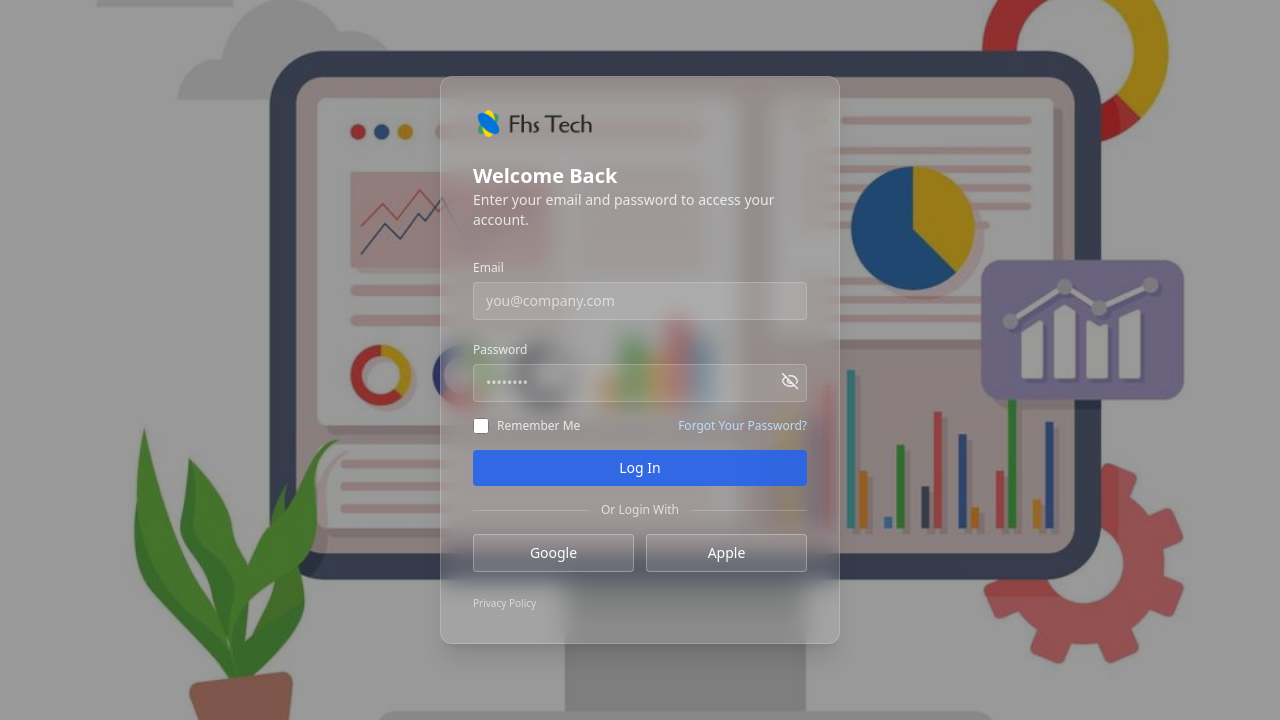
Repository: gofaiz23-dotcom/fhs_tech_frontend
Page: /login
The author's editor kept a copy of each file at every save. The page is drawn from the files as they stood at one save, then again after the next save.
The browser window is 1280 px wide. The pictures show the whole page.
The project was rebuilt for these pictures with package versions that can differ from the ones it lists, and the page was loaded fresh each time. The framework's server and built-in components were replaced by stand-ins that run in the browser. Also part of the build but not shown: next.config.ts.

Above is the page before, as saved 2025-10-01 23:34:37.

### app/layout.tsx
import type { Metadata } from "next";
import { Geist, Geist_Mono } from "next/font/google";
import "./globals.css";
// import '../styles/globals.css';

const geistSans = Geist({
  variable: "--font-geist-sans",
  subsets: ["latin"],
});

const geistMono = Geist_Mono({
  variable: "--font-geist-mono",
  subsets: ["latin"],
});

export const metadata: Metadata = {
  title: "FHS TECH",
  description: "",
};

export default function RootLayout({
  children,
}: Readonly<{
  children: React.ReactNode;
}>) {
  return (
    <html lang="en">
      <body>
        <div>
          {children}
        </div>
      </body>
    </html>
  );
}

### app/login/page.tsx
"use client";
import Image from "next/image";
import Link from "next/link";
import React from "react";
import { Eye, EyeOff } from "lucide-react";

export default function LoginPage() {
  const [email, setEmail] = React.useState("");
  const [password, setPassword] = React.useState("");
  const [remember, setRemember] = React.useState(false);
  const [showPassword, setShowPassword] = React.useState(false);

  const handleSubmit = (e: React.FormEvent) => {
    e.preventDefault();
    // TODO: Integrate authentication API here
  };

  return (
    <div
      className="min-h-screen bg-cover bg-center flex items-center justify-center relative"
      style={{ backgroundImage: "url('/login-bg.jpg')" }}
    >
      <div className="absolute inset-0 bg-black/40" />
      <div className="relative w-full max-w-md mx-auto p-6">
        <div className="backdrop-blur-md bg-white/10 border border-white/20 rounded-xl shadow-xl p-8">
          <div className="flex items-center gap-3 mb-6">
            <Image src="/fhs-tech-logo.png" alt="FHS Tech" width={120} height={120} />
          </div>
            <div className="text-xl font-semibold text-white">Welcome Back</div>
          <div className="text-sm text-white/80 mb-6">Enter your email and password to access your account.</div>
          <form onSubmit={handleSubmit} className="space-y-4">
            <div>
              <label className="text-xs text-white/80">Email</label>
              <input type="email" value={email} onChange={(e)=>setEmail(e.target.value)} className="mt-1 w-full border border-white/20 bg-white/10 text-white placeholder-white/60 rounded px-3 py-2 text-sm focus:outline-none" placeholder="you@company.com" required />
            </div>
            <div>
              <label className="text-xs text-white/80">Password</label>
              <div className="relative">
                <input type={showPassword ? 'text' : 'password'} value={password} onChange={(e)=>setPassword(e.target.value)} className="mt-1 w-full border border-white/20 bg-white/10 text-white placeholder-white/60 rounded px-3 py-2 pr-10 text-sm focus:outline-none" placeholder="••••••••" required />
                <button type="button" aria-label="toggle password" className="absolute right-2 top-1/2 -translate-y-1/2 text-white/80" onClick={()=>setShowPassword(!showPassword)}>
                  {showPassword ?   <Eye size={18} /> : <EyeOff size={18} />}
                </button>
              </div>
            </div>
            <div className="flex items-center justify-between text-xs">
              <label className="flex items-center gap-2 text-white/80">
                <input type="checkbox" className="h-4 w-4" checked={remember} onChange={(e)=>setRemember(e.target.checked)} />
                <span>Remember Me</span>
              </label>
              <Link href="#" className="text-blue-200 hover:underline">Forgot Your Password?</Link>
            </div>
            <button type="submit" className="w-full bg-blue-600/90 hover:bg-blue-700 text-white py-2 rounded text-sm">Log In</button>
          </form>
          <div className="flex items-center my-4">
            <div className="flex-1 h-px bg-white/20"></div>
            <div className="px-3 text-xs text-white/70">Or Login With</div>
            <div className="flex-1 h-px bg-white/20"></div>
          </div>
          <div className="grid grid-cols-2 gap-3">
            <button className="border border-white/30 bg-white/10 text-white rounded py-2 text-sm">Google</button>
            <button className="border border-white/30 bg-white/10 text-white rounded py-2 text-sm">Apple</button>
          </div>
          {/* <div className="text-xs text-white/80 mt-6">
            Don&apos;t Have An Account? <Link href="#" className="text-blue-200 hover:underline">Register Now.</Link>
          </div> */}
          <div className="text-[10px] text-white/60 mt-6">Privacy Policy</div>
        </div>
      </div>
    </div>
  );
}

### app/globals.css
@tailwind base;
@tailwind components;
@tailwind utilities;



body{
   padding: 0px;
  margin: 0px;
  /* background-color: #000; */
}

### tailwind.config.js
/** @type {import('tailwindcss').Config} */
module.exports = {
 content: [
    './pages/**/*.{js,ts,jsx,tsx}',
    './components/**/*.{js,ts,jsx,tsx}',
    './app/**/*.{js,ts,jsx,tsx}', // if using app directory
  ],
  theme: {
    extend: {},
  },
  plugins: [],
}

After the next save:
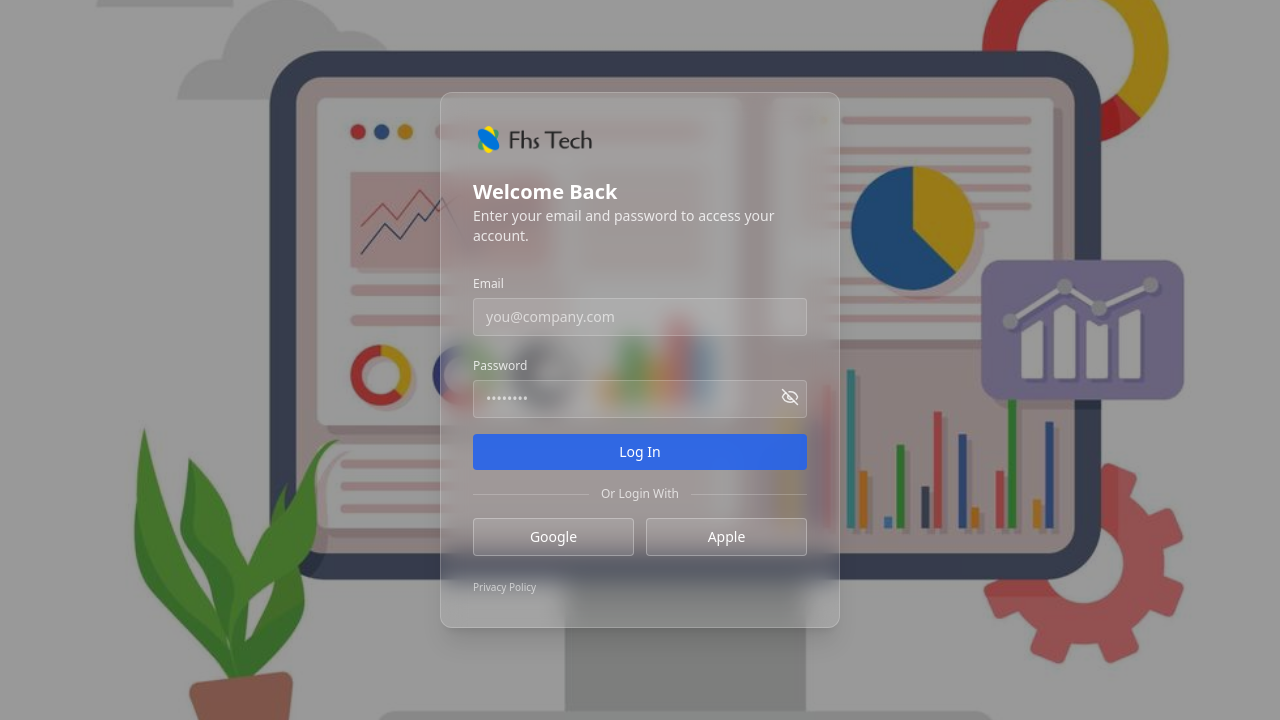
Saved 10 min 39 s later.
--- a/app/login/page.tsx
+++ b/app/login/page.tsx
@@ -42,13 +42,13 @@ export default function LoginPage() {
                 </button>
               </div>
             </div>
-            <div className="flex items-center justify-between text-xs">
+            {/* <div className="flex items-center justify-between text-xs">
               <label className="flex items-center gap-2 text-white/80">
                 <input type="checkbox" className="h-4 w-4" checked={remember} onChange={(e)=>setRemember(e.target.checked)} />
                 <span>Remember Me</span>
               </label>
               <Link href="#" className="text-blue-200 hover:underline">Forgot Your Password?</Link>
-            </div>
+            </div> */}
             <button type="submit" className="w-full bg-blue-600/90 hover:bg-blue-700 text-white py-2 rounded text-sm">Log In</button>
           </form>
           <div className="flex items-center my-4">
